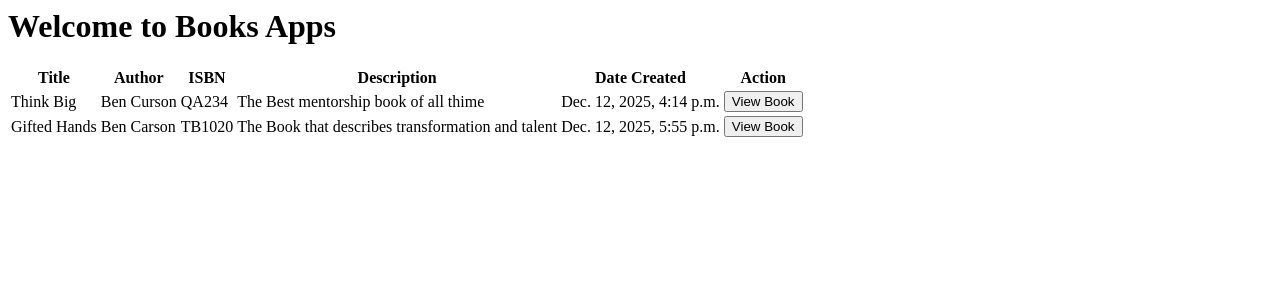
Repository: Mbote-Joseph/Django-Recap
Page: http://localhost/books
The author's editor kept a copy of each file at every save. The page is drawn from the files as they stood at one save, then again after the next save.
The browser window is 1280 px wide. The pictures show the whole page.
The page is served by the project's application, run on Django 5.2 (manage.py). The first stored user is signed in. Other server files are loaded and not shown. The page reads the database file committed with the project.

Above is the page before, as saved 2025-12-12 20:34:37.

### smartnotes/books/templates/books/index.html
<html>
    <head>
        <title> Books App </title>
    </head>

    <body>
        <h1>Welcome to Books Apps</h1>
        <table>
            <tr>
                <th> Title </th>
                <th> Author </th>
                <th> ISBN </th>
                <th> Description </th>
                <th> Date Created </th>
                <th> Action </th>
            </tr>
        {% for book in books %}
            <tr>
                <td> {{book.title}} </td>
                <td> {{book.author}} </td>
                <td> {{book.isbn}} </td>
                <td> {{book.description}}</td>
                <td> {{book.created}} </td>
                <td> <button> View Book </button> </td>
            </tr>
        {% endfor %}
        </table>
    </body>

</html>

### smartnotes/books/models.py
from django.db import models

# Create your models here.
class Books(models.Model):
    title = models.CharField(max_length=50)
    author = models.CharField(max_length=50)
    isbn = models.CharField(max_length=20)
    description = models.TextField()
    created = models.DateTimeField(auto_now_add = True)

### smartnotes/books/views.py
from django.shortcuts import render
from django.contrib.auth.decorators import login_required

from .models import Books

# Create your views here.
@login_required(login_url='/admin')
def books(request):
    all_books = Books.objects.all()
    return render(request, "books/index.html", {'books' : all_books})


def book_detail(request, pk):
    book_detail = Books.objects.get(pk=pk)
    return render(request, "books/book.html", {'book_detail' : book_detail})

### smartnotes/smartnotes/urls.py
"""
URL configuration for smartnotes project.

The `urlpatterns` list routes URLs to views. For more information please see:
    https://docs.djangoproject.com/en/6.0/topics/http/urls/
Examples:
Function views
    1. Add an import:  from my_app import views
    2. Add a URL to urlpatterns:  path('', views.home, name='home')
Class-based views
    1. Add an import:  from other_app.views import Home
    2. Add a URL to urlpatterns:  path('', Home.as_view(), name='home')
Including another URLconf
    1. Import the include() function: from django.urls import include, path
    2. Add a URL to urlpatterns:  path('blog/', include('blog.urls'))
"""
from django.contrib import admin
from django.urls import path, include


urlpatterns = [
    path('admin/', admin.site.urls),
    path('', include("home.urls")),
    path('books', include("books.urls")),
    path('notes', include("notes.urls"))
]

### smartnotes/home/urls.py
# Copyright 2025 josephmbote
#
# Licensed under the Apache License, Version 2.0 (the "License");
# you may not use this file except in compliance with the License.
# You may obtain a copy of the License at
#
#     https://www.apache.org/licenses/LICENSE-2.0
#
# Unless required by applicable law or agreed to in writing, software
# distributed under the License is distributed on an "AS IS" BASIS,
# WITHOUT WARRANTIES OR CONDITIONS OF ANY KIND, either express or implied.
# See the License for the specific language governing permissions and
# limitations under the License.

from django.urls import path
from . import views

urlpatterns = [
    path('home', views.home),
    path('', views.welcome)
]

### smartnotes/books/urls.py
from django.urls import path
from . import views
from books.views import book_detail

urlpatterns = [
    path('',views.books),
    path('/<int:pk>',views.book_detail)
]

### smartnotes/notes/urls.py
# Copyright 2025 josephmbote
#
# Licensed under the Apache License, Version 2.0 (the "License");
# you may not use this file except in compliance with the License.
# You may obtain a copy of the License at
#
#     https://www.apache.org/licenses/LICENSE-2.0
#
# Unless required by applicable law or agreed to in writing, software
# distributed under the License is distributed on an "AS IS" BASIS,
# WITHOUT WARRANTIES OR CONDITIONS OF ANY KIND, either express or implied.
# See the License for the specific language governing permissions and
# limitations under the License.

from django.urls import path
from . import views

urlpatterns = [
    path('', views.list),
    path('/<int:pk>', views.note_details)
]

### smartnotes/db.sqlite3 (the tables this page reads, as SQL)
CREATE TABLE "auth_user" ("id" integer NOT NULL PRIMARY KEY AUTOINCREMENT, "password" varchar(128) NOT NULL, "last_login" datetime NULL, "is_superuser" bool NOT NULL, "username" varchar(150) NOT NULL UNIQUE, "last_name" varchar(150) NOT NULL, "email" varchar(254) NOT NULL, "is_staff" bool NOT NULL, "is_active" bool NOT NULL, "date_joined" datetime NOT NULL, "first_name" varchar(150) NOT NULL);
INSERT INTO "auth_user" VALUES
(1, 'pbkdf2_sha256$1200000$S1hSjZW3hlcEPO4nPMXnzl$T9FsVt8C1C16Dlj3yg6rjuYgPIZKTo3VxWZOGyPDYu4=', '2025-12-12 01:47:16.972123', 1, 'mbote', '', 'mbotejoseph001@gmail.com', 1, 1, '2025-12-12 01:35:00.095931', '');

CREATE TABLE "books_books" ("id" integer NOT NULL PRIMARY KEY AUTOINCREMENT, "title" varchar(50) NOT NULL, "author" varchar(50) NOT NULL, "isbn" varchar(20) NOT NULL, "description" text NOT NULL, "created" datetime NOT NULL);
INSERT INTO "books_books" VALUES
(1, 'Think Big', 'Ben Curson', 'QA234', 'The Best mentorship book of all thime', '2025-12-12 16:14:38.068941'),
(2, 'Gifted Hands', 'Ben Carson', 'TB1020', 'The Book that describes transformation and talent', '2025-12-12 17:55:15.853557');

After the next save:
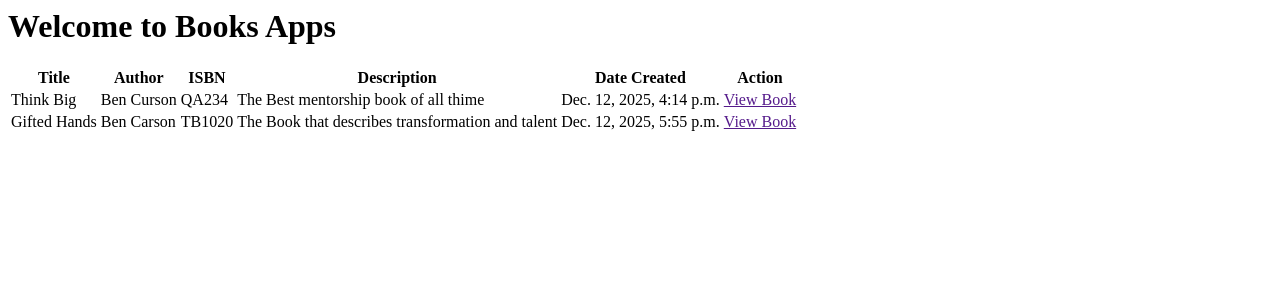
Saved 39 s later.
--- a/smartnotes/books/templates/books/index.html
+++ b/smartnotes/books/templates/books/index.html
@@ -21,7 +21,7 @@
                 <td> {{book.isbn}} </td>
                 <td> {{book.description}}</td>
                 <td> {{book.created}} </td>
-                <td> <button> View Book </button> </td>
+                <td> <a href="{{book_detail.pk}}"> View Book </a> </td>
             </tr>
         {% endfor %}
         </table>
